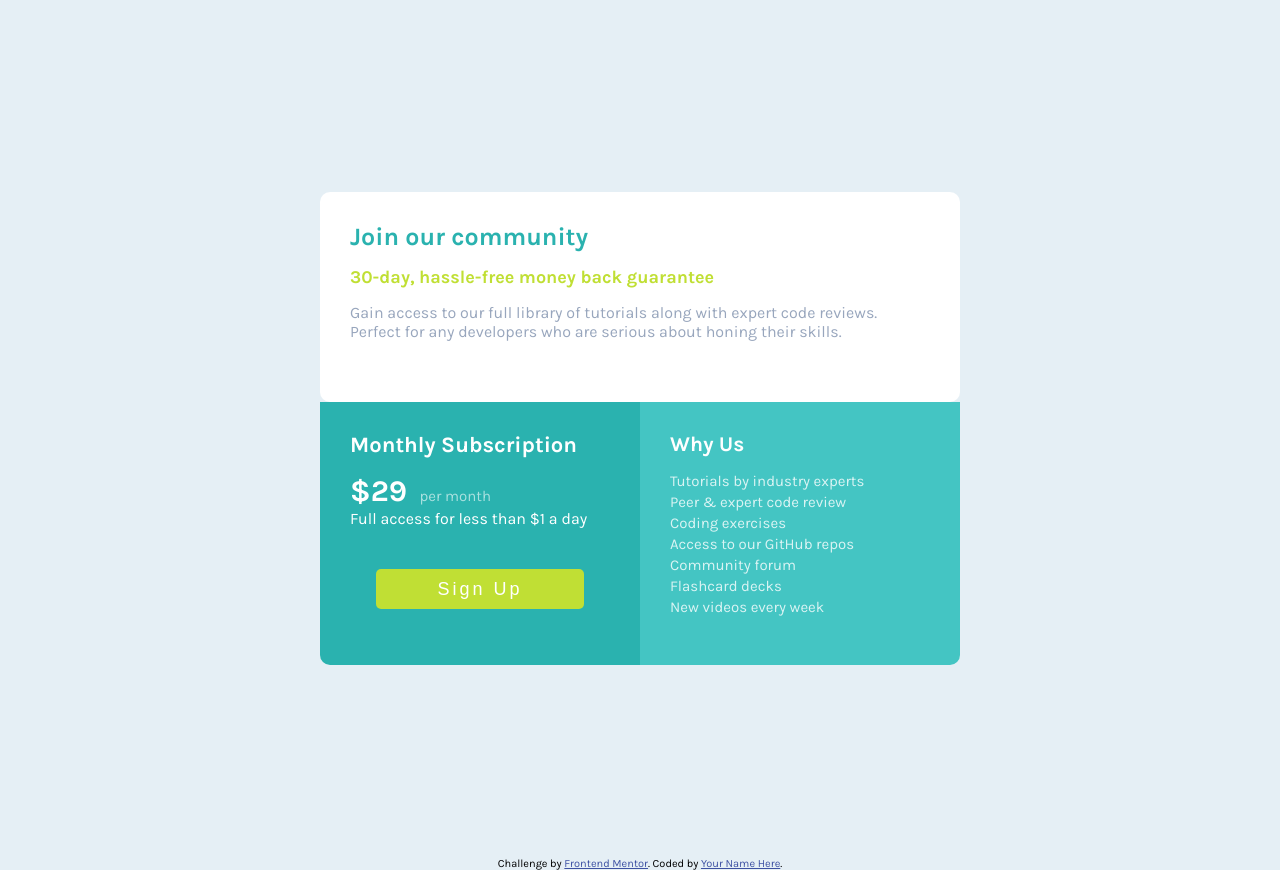
Repository: Pedrohamoura-Git/Frontend-Mentor-Challenges
Page: Newbie/single-price-grid-component-master/index.html
An editor plug-in stored every save of this project. The page is shown before and after the next save, followed by the edit.
The browser window is 1280 px wide. The pictures show the whole page.

Above is the page before, as saved 2021-05-31 16:02:31.

### Newbie/single-price-grid-component-master/index.html
<!DOCTYPE html>
<html lang="en">
<head>
  <meta charset="UTF-8">
  <meta name="viewport" content="width=device-width, initial-scale=1.0"> <!-- displays site properly based on user's device -->

  <link rel="stylesheet" href="css/style.css">
  <title>Frontend Mentor | Single Price Grid Component</title>

  <!-- Feel free to remove these styles or customise in your own stylesheet 👍 -->
  <style>
    .attribution { font-size: 11px; text-align: center; }
    .attribution a { color: hsl(228, 45%, 44%); }
  </style>
</head>
<body>
  <div id="wrapper">
    <header id="card1">
      <h1>Join our community</h1>
      <h2>30-day, hassle-free money back guarantee</h2>
      <p>Gain access to our full library of tutorials along with expert code reviews. Perfect for any developers who are serious about honing their skills.</p>
    </header>

    <div id="columns">
      <div id="card2">
        <h2>Monthly Subscription</h2>
        <h3 class="price">&dollar;29</h3>
        <span>per month</span>
        <p>Full access for less than &dollar;1 a day</p>

        <form action="#">
          <input type="submit" value="Sign Up" name="Sign Up" id="signup">
          </input>
        </form>
      </div>

      <div id="card3">
        <h2>Why Us</h2>
        <p>Tutorials by industry experts<br>
          Peer &amp; expert code review<br>
          Coding exercises<br>
          Access to our GitHub repos<br>
          Community forum<br>
          Flashcard decks<br>
          New videos every week</p>
      </div>
    </div>

  </div>








  <footer>
    <p class="attribution">
      Challenge by <a href="https://www.frontendmentor.io?ref=challenge" target="_blank">Frontend Mentor</a>.
      Coded by <a href="#">Your Name Here</a>.
    </p>
  </footer>
</body>
</html>

### Newbie/single-price-grid-component-master/css/style.css
/*
** Core Formatting
*/
    @import url('https://fonts.googleapis.com/css2?family=Karla:wght@400;700&display=swap');

    * {
        padding: 0;
        margin: 0;
        box-sizing: border-box;
    }

    html {
        font-size: 62.5%;
    }

    body {
        background-color: hsl(204, 43%, 93%);
        font-family: Karla;
    }


/*
** Mobile - Wrapper
*/
    #wrapper {
        border-radius: 1rem;
        box-shadow: 5px 10px 15px rgba(0, 0, 0, .);
        display: grid;
        grid-template-rows: repeat(auto-fit, minmax(200px, 1fr));
        margin: 15% auto;
        width: 90%;

        /* border: 1px solid red; */
    }

    #card1, #card2, #card3 {
        padding: 1.5rem;
        min-height: 210px;
    }

    /*
    ** Card 1
    */
        #card1 {
            background-color: white;
            border-radius: 1rem;
        }

        #card1 h1 {
            color: hsl(179, 62%, 43%);
            font-size: 2.5rem;
            margin-bottom: 1.5rem;
        }

        #card1 h2 {
            color: hsl(71, 73%, 54%);
            font-size: 1.8rem;
            margin-bottom: 1.5rem;
        }

        #card1 p {
            margin-bottom: 1.5rem;
            color: hsl(218, 22%, 67%);
            font-size: 1.6rem;
            margin-bottom: 1.5rem;
        }



    /*
    ** Card 2
    */
        #card2 {
            color: white;
            background-color: hsl(179, 62%, 43%);
        }

        #card2 h2 {
            font-size: 2.2rem;
            margin-bottom: 1.5rem;
        }

        #card2 h3.price {
            display: inline;
            font-size: 3rem;
            font-weight: 700;
            margin-bottom: 1.5rem;
        }

        #card2 span {
            font-size: 1.5rem;
            margin-left: 1rem;
            margin-bottom: 1rem;
            opacity: 60%;
        }

        #card2 p {
            font-size: 1.6rem;
            margin-bottom: 1.5rem;
        }

        #card2 form input {
            background-color: hsl(71, 73%, 54%);
            border: none;
            border-radius: .5rem;
            color: white;
            font-size: 1.8rem;
            letter-spacing: .3rem;
            margin: 10%;
            width: 80%;
            height: 4rem;

        }

        #card2 input:hover, input:active {
            background-color: hsl(71, 93%, 62%);
            color: hsl(179, 62%, 43%);
        }





        #card3 {
            background-color: hsl(179, 53%, 52%);
            border-bottom-left-radius: 1rem;
            border-bottom-right-radius: 1rem;
            color: white;
        }

        #card3 h2 {
            font-size: 2.1rem;
            margin-bottom: 1.5rem;
        }

        #card3 p {
            font-size: 1.5rem;
            line-height: 2.1rem;
            opacity: 80%;
        }


    /*
    ** Tablets & Desktops
    */
        @media (min-width: 600px) {
            #wrapper {
                display: block;
                max-width: 640px;

                /* border: 1px solid red; */
            }

            #columns {
                display: grid;
                grid-template-columns: repeat(auto-fit, minmax(50%, 1fr));
            }

            #card1 {
                padding: 3rem;
            }

            #card2 {
                border-bottom-left-radius: 1rem;
                padding: 3rem;

            }

            #card3 {
                border-bottom-left-radius: 0;
                padding: 3rem;
            }

        }

After the next save:
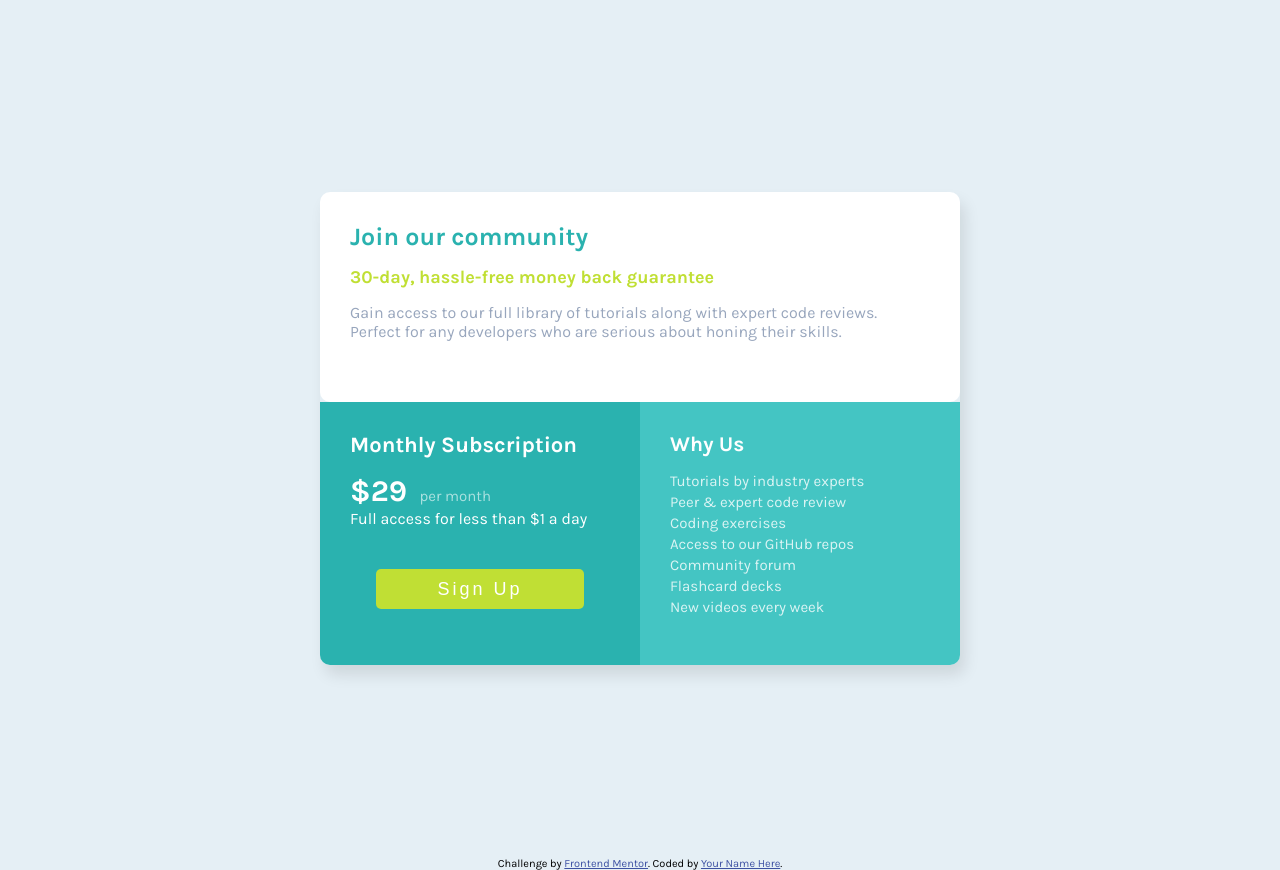
Saved 2 s later.
--- a/Newbie/single-price-grid-component-master/css/style.css
+++ b/Newbie/single-price-grid-component-master/css/style.css
@@ -24,7 +24,7 @@
 */
     #wrapper {
         border-radius: 1rem;
-        box-shadow: 5px 10px 15px rgba(0, 0, 0, .);
+        box-shadow: 5px 10px 15px rgba(0, 0, 0, .1);
         display: grid;
         grid-template-rows: repeat(auto-fit, minmax(200px, 1fr));
         margin: 15% auto;
